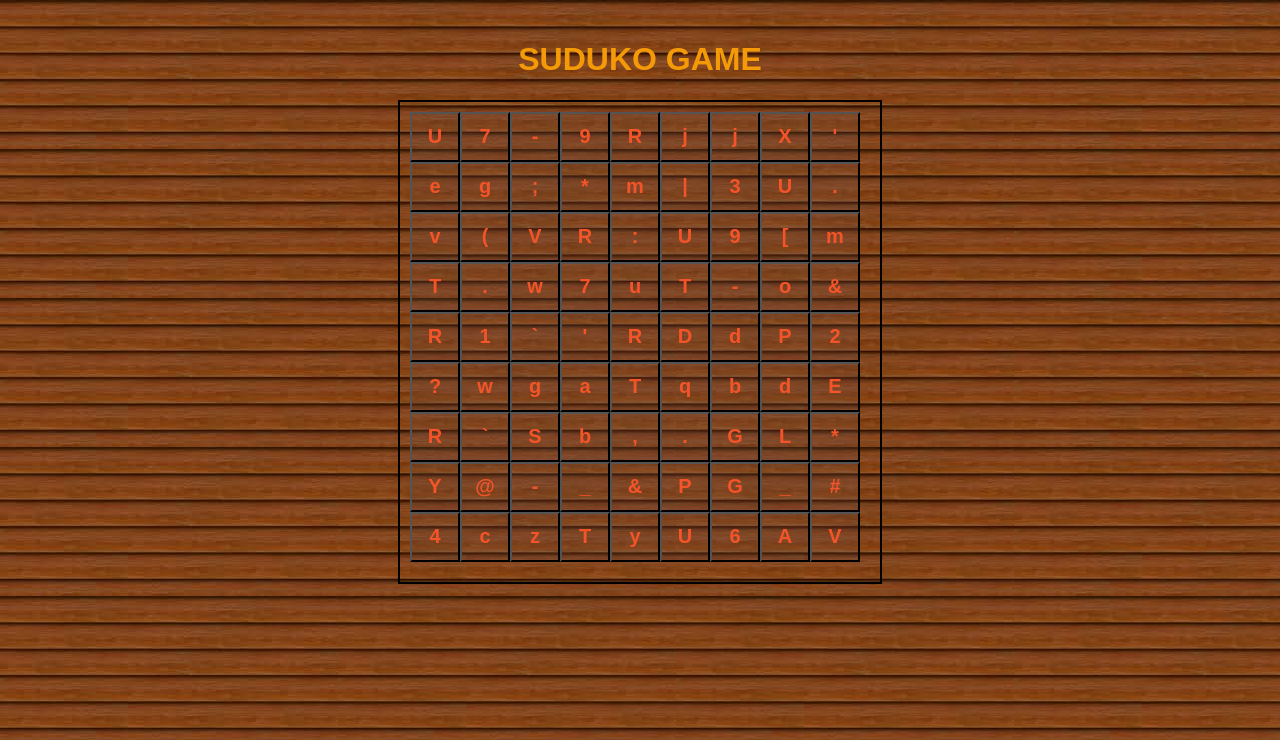
Repository: ahmad8969/Suduko-Game-React-App
Page: /
An editor plug-in stored every save of this project. The page is shown before and after the next save, followed by the edit.
The browser window is 1280 px wide. The pictures show the whole page.
Some web fonts or font styles are not loaded; a fallback is used. The project was rebuilt for these pictures with package versions that can differ from the ones it lists, and the page was loaded fresh each time.

Above is the page before, as saved 2021-03-11 14:07:21.

After the next save:
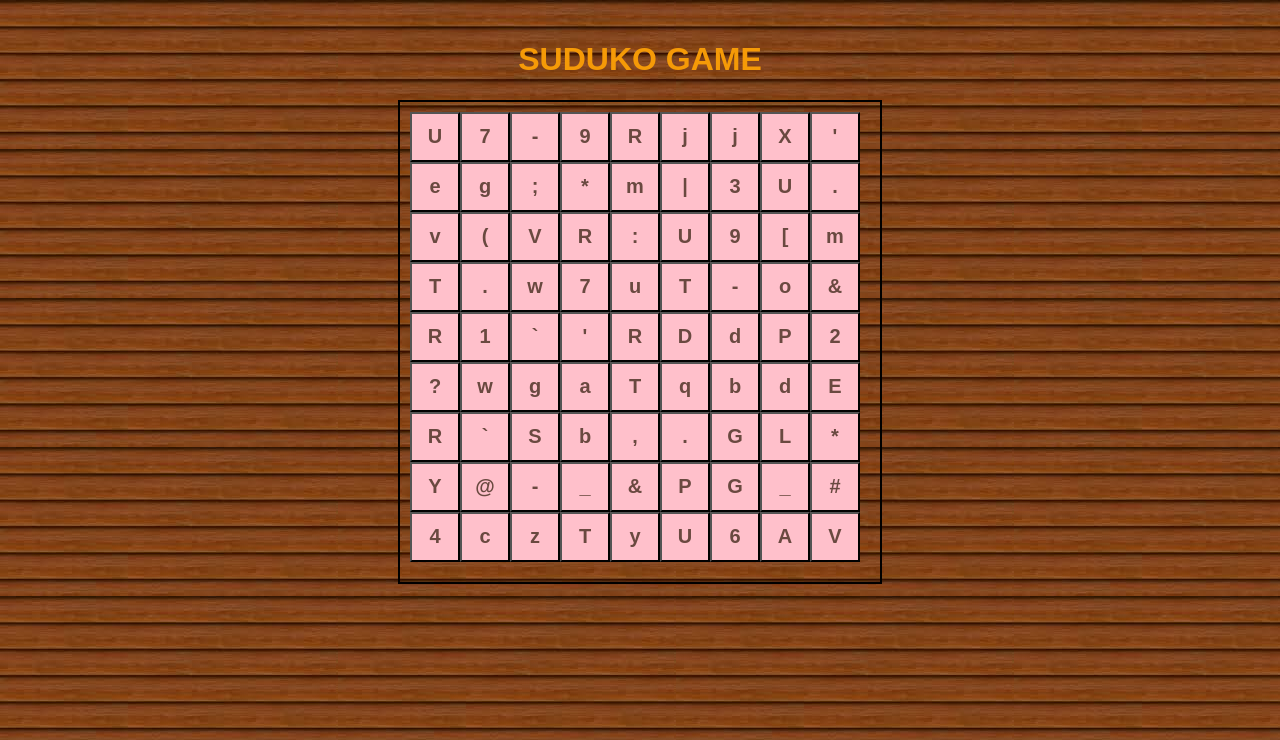
Saved 16 s later.
--- a/src/components/block.css
+++ b/src/components/block.css
@@ -7,8 +7,8 @@
   font-size: 20px !important;
   font-weight: 600;
   /* color:rgb(109,84,62); */
-  color: #f55428;
-  background-color: #6a49403a !important;
+  color: #6a4940;
+  background-color: pink;
 }
 .nine_block_Style {
   /* height: 150px !important;
